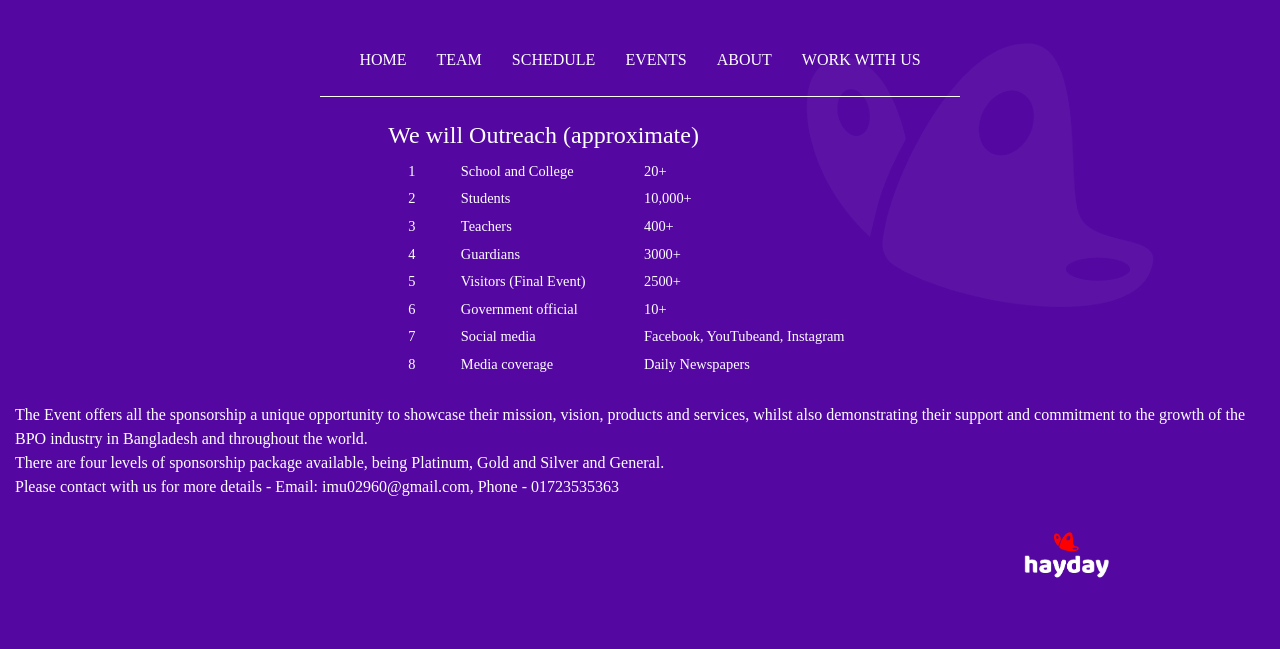
Repository: im1971/company-web
Page: workWithUs.html
An editor plug-in stored every save of this project. The page is shown before and after the next save, followed by the edit.
The browser window is 1280 px wide. The pictures show the whole page.
Some web fonts or font styles are not loaded; a fallback is used.

Above is the page before, as saved 2020-01-27 10:24:26.

### workWithUs.html
<!DOCTYPE html>
<html>

<head>
    <title>hayday</title>
    <link rel="shortcut icon" type="img/x-icon" href="img/fav.png" />
    <link rel="stylesheet" href="css/mdb.min.css">
    <link rel="stylesheet" href="css/bootstrap.min.css">
    <link rel="stylesheet" href="css/fontawesome.min.css">
    <link rel="stylesheet" href="css/all.min.css">
    <link rel="stylesheet" href="css/style.css">
    <!-- fonts -->
    <link href="https://fonts.googleapis.com/css?family=Baloo+Bhai&display=swap" rel="stylesheet">
    <!-- fonts -->

</head>

<body>

    <div class="wrap_hayday">
        <div class="back_img"></div>
        <div class="container-fluid">
            <div class="row justify-content-center pb-4">
                <div class="col-md-12">
                    <nav class="navbar navbar-expand-lg">
                        <button class="navbar-toggler" type="button" data-toggle="collapse" data-target="#navbarSupportedContent" aria-controls="navbarSupportedContent" aria-expanded="false" aria-label="Toggle navigation">
                          <span class="navbar-toggler-icon"></span>
                        </button>

                        <div class="collapse navbar-collapse" id="navbarSupportedContent">
                            <ul class="navbar-nav m-auto text-uppercase">
                                <li class="nav-item active">
                                    <a class="nav-link" href="index.html">Home</a>
                                </li>
                                <li class="nav-item">
                                    <a class="nav-link" href="team.html">Team</a>
                                </li>
                                <li class="nav-item">
                                    <a class="nav-link" href="#">SCHEDULE</a>
                                </li>
                                <li class="nav-item">
                                    <a class="nav-link" href="#">Events</a>
                                </li>
                                <li class="nav-item">
                                    <a class="nav-link" href="about.html">About</a>
                                </li>
                                <li class="nav-item">
                                    <a class="nav-link" href="workWithUs.html">Work With us</a>
                                </li>
                            </ul>
                        </div>
                    </nav>
                </div>
                <div class="col-md-6 border_deco pt-3"></div>
            </div>
            <!-- <div class="container"> -->
            <div class="row justify-content-center">
                <div class="col-md-5 outreach">
                    <h4>We will Outreach (approximate)</h4>
                    <div class="table-responsive table-sm">
                        <table class="table">
                            <tbody>
                                <tr>
                                    <td>1</td>
                                    <td>School and College</td>
                                    <td>20+</td>
                                </tr>
                                <tr>
                                    <td>2</td>
                                    <td>Students</td>
                                    <td>10,000+</td>
                                </tr>
                                <tr>
                                    <td>3</td>
                                    <td>Teachers</td>
                                    <td>400+</td>
                                </tr>
                                <tr>
                                    <td>4</td>
                                    <td>Guardians</td>
                                    <td>3000+</td>
                                </tr>
                                <tr>
                                    <td>5</td>
                                    <td>Visitors (Final Event)</td>
                                    <td>2500+</td>
                                </tr>
                                <tr>
                                    <td>6</td>
                                    <td>Government official</td>
                                    <td>10+</td>
                                </tr>
                                <tr>
                                    <td>7</td>
                                    <td>Social media</td>
                                    <td>Facebook, YouTubeand, Instagram</td>
                                </tr>
                                <tr>
                                    <td>8</td>
                                    <td>Media coverage</td>
                                    <td>Daily Newspapers</td>
                                </tr>
                            </tbody>
                        </table>
                    </div>
                </div>
            </div>
            <div class="row justify-content-center mt-2">
                <div class="col-md-12">
                    <p>
                        The Event offers all the sponsorship a unique opportunity to showcase their mission, vision, products and services, whilst also demonstrating their support and commitment to the growth of the BPO industry in Bangladesh and throughout the world.
                        <br> There are four levels of sponsorship package available, being Platinum, Gold and Silver and General.
                        <br> Please contact with us for more details - Email: imu02960@gmail.com, Phone - 01723535363
                    </p>
                </div>
            </div>
            <!-- </div> -->
            <div class="row justify-content-end my-3">
                <div class="col-md-4 m-autp">
                    <div class="middle_body">
                        <div class="logo">
                            <img src="img/logo.png" alt="" style="height: 50px">
                        </div>
                        <!-- <p>Read about our Inspiration</p> -->
                    </div>
                </div>
            </div>
        </div>
    </div>
    </div>



    <!-- <script src="https://code.jquery.com/jquery-3.4.1.slim.min.js" integrity="sha384-J6qa4849blE2+poT4WnyKhv5vZF5SrPo0iEjwBvKU7imGFAV0wwj1yYfoRSJoZ+n" crossorigin="anonymous"></script>
    <script src="https://cdn.jsdelivr.net/npm/popper.js@1.16.0/dist/umd/popper.min.js" integrity="sha384-Q6E9RHvbIyZFJoft+2mJbHaEWldlvI9IOYy5n3zV9zzTtmI3UksdQRVvoxMfooAo" crossorigin="anonymous"></script>
    <script src="https://stackpath.bootstrapcdn.com/bootstrap/4.4.1/js/bootstrap.min.js" integrity="sha384-wfSDF2E50Y2D1uUdj0O3uMBJnjuUD4Ih7YwaYd1iqfktj0Uod8GCExl3Og8ifwB6" crossorigin="anonymous"></script> -->

    <script type="text/javascript" src="js/jquery.min.js"></script>
    <!-- Bootstrap tooltips -->
    <script type="text/javascript" src="js/popper.min.js"></script>
    <!-- Bootstrap core JavaScript -->
    <script type="text/javascript" src="js/bootstrap.min.js"></script>
    <!-- MDB core JavaScript -->
    <script type="text/javascript" src="js/mdb.min.js"></script>


</body>

</html>

### css/style.css
body {
    padding: 0;
    margin: 0;
    background: #5407A1 !important;
    color: #fff !important;
    font-family: 'Baloo Bhai', cursive;
    position: relative;
}


/* global */

html {
    overflow: scroll;
    overflow-x: hidden;
}

::-webkit-scrollbar {
    width: 0px;
    /* Remove scrollbar space */
    background: transparent;
    /* Optional: just make scrollbar invisible */
}


/* Optional: show position indicator in red */

::-webkit-scrollbar-thumb {
    background: #FF0000;
}


/* global */

.back_img {
    background-image: url(../img/back.png);
    height: 350px;
    width: 600px;
    position: absolute;
    background-position: center center;
    background-size: cover;
    opacity: 5%;
    /* top: 30%; */
    right: 0;
}


/* header */

.wrap_hayday .navbar {
    box-shadow: none;
}

.wrap_hayday .container-fluid {
    min-height: 100vh;
}

.wrap_hayday nav .nav-link {
    padding-right: 15px !important;
    padding-left: 15px !important;
    color: #fff;
    font-family: 'Baloo Bhai', cursive;
}

.wrap_hayday .border_deco {
    border-bottom: .25px solid #fff;
}

.wrap_hayday nav .nav-link:hover {
    color: #FF0000;
    transition-duration: 0.5s;
}

.wrap_hayday .navbar {
    padding: 40px;
    padding-bottom: 0;
}


/* header */


/* middle body */

.wrap_hayday .middle_body {
    text-align: center;
}

.wrap_hayday .middle_body .logo img {
    /* background-image: url(logo.png); */
    height: 100px;
}

.wrap_hayday .others_page_middle {
    text-align: center;
    position: absolute;
    right: 30px;
    bottom: 0;
}

.wrap_hayday .others_page_middle img {
    height: 70px;
}


/* middle body */


/* footer-body */

.myprogress {
    min-width: 100%;
    margin: 0px auto;
    text-align: center;
}

.myprogress .circle {
    display: inline-block;
    background: #fff;
    width: 50px;
    height: 50px;
    border-radius: 80px;
    border: 1px solid #d5d5da;
    cursor: pointer;
}

.myprogress .circle:hover {
    background: #FF0000;
    color: #5407A1;
    transition-duration: 0.5s;
}

.myprogress .bar {
    position: relative;
    width: 100px;
    padding-right: 15px;
    font-family: none;
    /* height: 2px; */
    /* top: 10px; */
    /* border: 0px solid #fff; */
}

.myprogress .circle .label {
    display: inline-block;
    width: 40px;
    height: 40px;
    line-height: 30px;
    border-radius: 40px;
    font-size: 24px;
}

.myprogress .circle .title {
    color: #5407A1;
    font-size: 24px;
    line-height: 50px;
    cursor: pointer;
}

.myprogress .circle .title:hover {
    color: #fff;
}

.myprogress i {
    font-size: 11px;
}

.myprogress .abc {
    animation: pulse 1s infinite;
    color: #FF0000;
}

.myprogress .pulse {
    -webkit-animation-duration: 3s;
    -webkit-animation-delay: 2s;
    -webkit-animation-iteration-count: 5;
}


/* footer-body */


/* about hayday */

.accordion .card-header {
    padding: 0;
    background: #5407A1;
    margin-bottom: 0;
}

.accordion .card-header .btn-link {
    color: #fff;
    padding: 0;
}

.accordion .card {
    border: none;
    border-radius: 0;
}

.accordion i {
    position: absolute;
    right: 10px;
    top: 5px;
}

.accordion p {
    color: #000;
    font-family: serif;
    font-size: 15px;
}

.accordion h4 {
    color: #000;
    font-family: serif;
    font-weight: 700 !important;
    font-size: 22px;
}


/* about hayday */


/* work with us */

.outreach table.table th,
table.table td {
    padding: 3px 20px;
    color: #fff;
    border: none;
    font-family: auto;
}


/* work with us */


/* team */

.team .team_image {
    background-image: url(../img/team/team-back.jpg);
    height: 400px;
    background-position: center center;
    background-size: cover;
}

.team .grid {
    padding-left: 0;
    padding-right: 0;
}


/* team */

Loaded but not shown: css/mdb.min.css (library); css/bootstrap.min.css (library); css/fontawesome.min.css (library); css/all.min.css (library); js/jquery.min.js (library); js/popper.min.js (library); js/bootstrap.min.js (library); js/mdb.min.js (library)

After the next save:
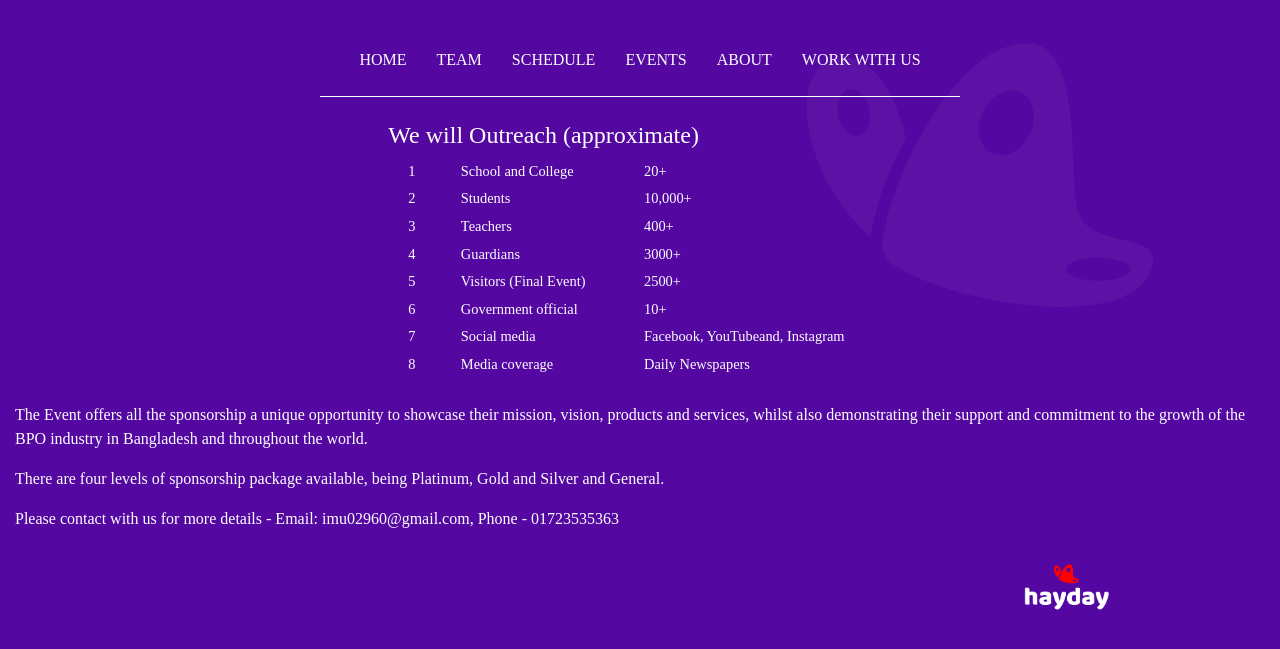
Saved 48 s later.
--- a/workWithUs.html
+++ b/workWithUs.html
@@ -109,9 +109,9 @@
                 <div class="col-md-12">
                     <p>
                         The Event offers all the sponsorship a unique opportunity to showcase their mission, vision, products and services, whilst also demonstrating their support and commitment to the growth of the BPO industry in Bangladesh and throughout the world.
-                        <br> There are four levels of sponsorship package available, being Platinum, Gold and Silver and General.
-                        <br> Please contact with us for more details - Email: imu02960@gmail.com, Phone - 01723535363
                     </p>
+                    <p> There are four levels of sponsorship package available, being Platinum, Gold and Silver and General.</p>
+                    <p> Please contact with us for more details - Email: imu02960@gmail.com, Phone - 01723535363 </p>
                 </div>
             </div>
             <!-- </div> -->
